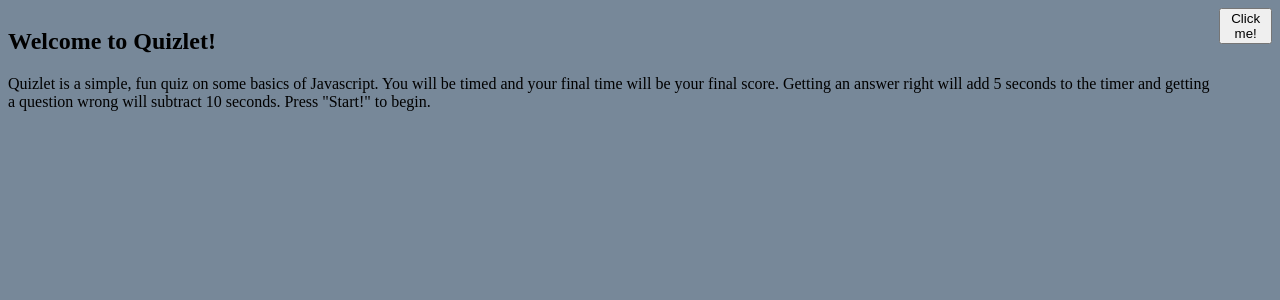
Repository: Pauldan1988/timed-quiz
Page: index.html
The author's editor kept a copy of each file at every save. The page is drawn from the files as they stood at one save, then again after a run of saves.
The browser window is 1280 px wide. The pictures show the whole page.

Above is the page before, as saved 2023-01-24 18:29:32.

After the next 2 saves:
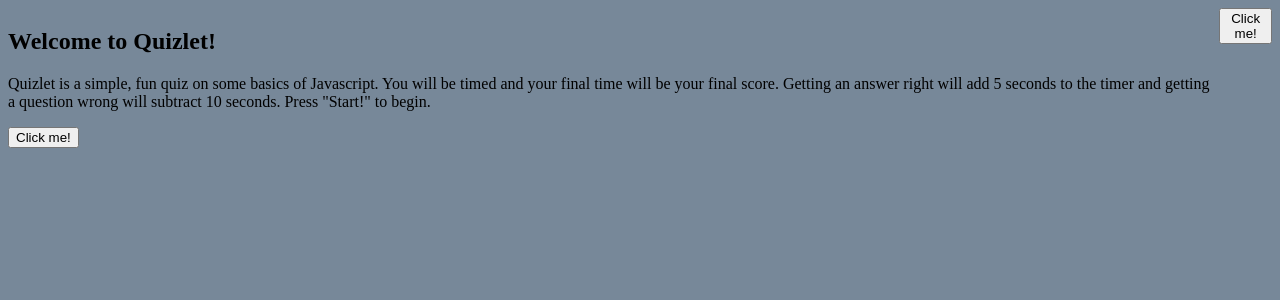
The 2 saves are shown as one change because they came seconds apart.
The last was saved 8 s later.
--- a/index.html
+++ b/index.html
@@ -20,6 +20,7 @@
         right will add 5 seconds to the timer and getting a question wrong will
         subtract 10 seconds. Press "Start!" to begin.
       </p>
+      <button type="button" id="start">Click me!</button>
     </div>
     <div id="start">
       <button type="button" id="start">Click me!</button>
